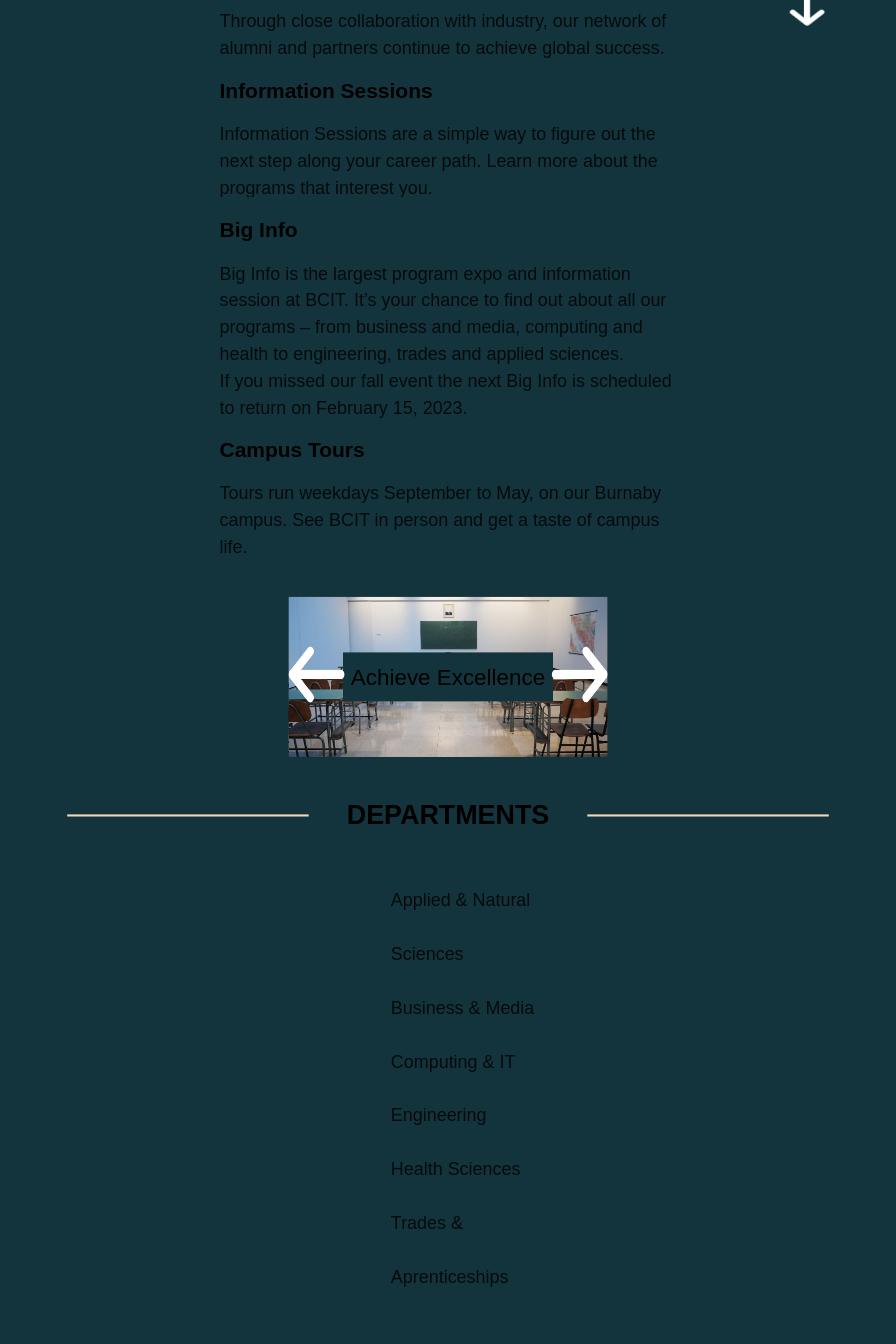
Repository: Kinakopan/playwright_bcit
Page: /about
The author's editor kept a copy of each file at every save. The page is drawn from the files as they stood at one save, then again after the next save.
The browser window is 1280 px wide. The pictures show the part of the page from y = 628 to 2548 px (the page is 2586 px tall), at 70% of full size.
Some web fonts or font styles are not loaded; a fallback is used. The project was rebuilt for these pictures with package versions that can differ from the ones it lists, and the page was loaded fresh each time. The framework's server and built-in components were replaced by stand-ins that run in the browser. Also part of the build but not shown: next.config.js.

Above is the page before, as saved 2023-01-28 14:01:10.

After the next save:
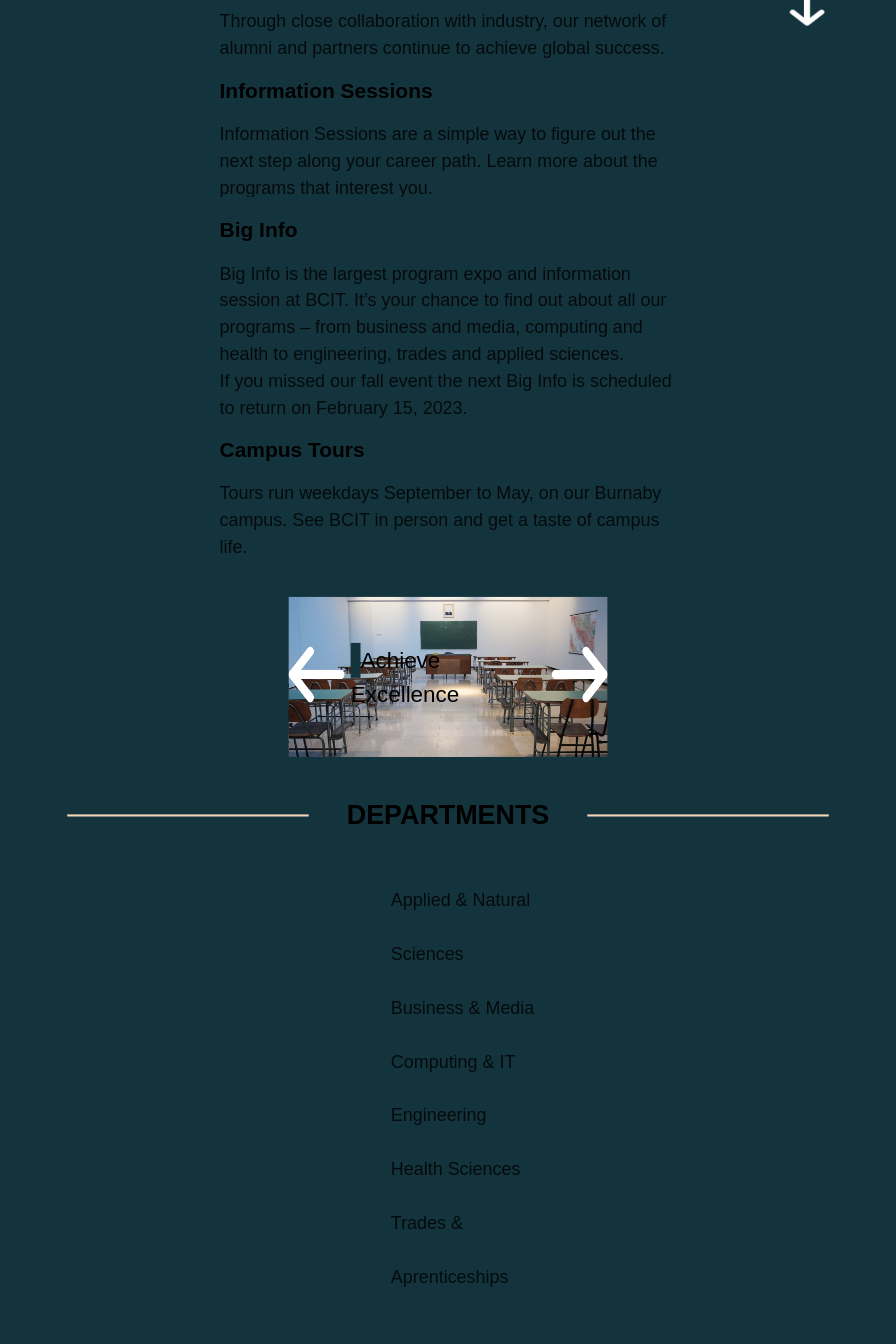
Saved 66 s later.
--- a/styles/Home.module.css
+++ b/styles/Home.module.css
@@ -521,8 +521,13 @@
 
 .carousel_text {
   font-size: 2rem;
+}
+
+.carousel_text:before {
+  content: "";
   background: var(--quaternary-color);
   padding: 2.5%;
+  height: 100%;
 }
 
 .carousel_slide:not(.carousel_active),
